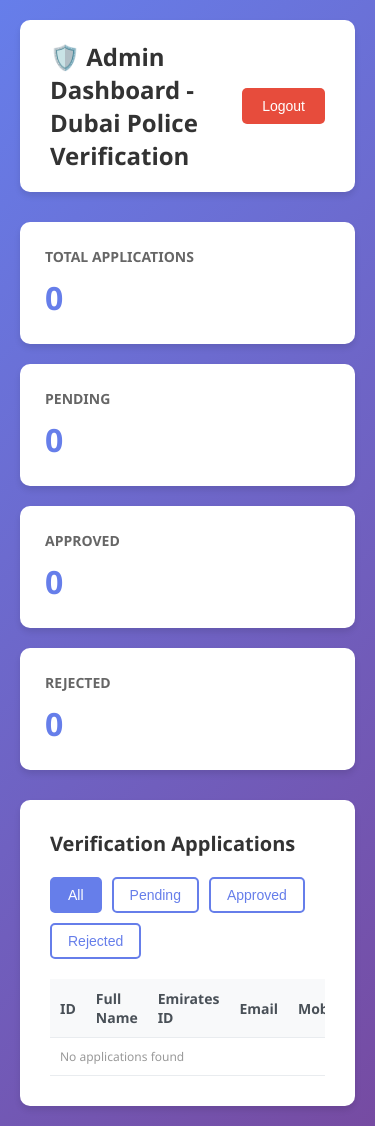
Repository: liamt1468-gif/damp
Page: admin/index.html
These files come from the project's save history. The page is drawn as it stood at one moment and after the next save; the edit follows.
The browser window is 375 px wide. The pictures show the whole page.

Above is the page before, as saved 2025-11-14 04:19:06.

After the next save:
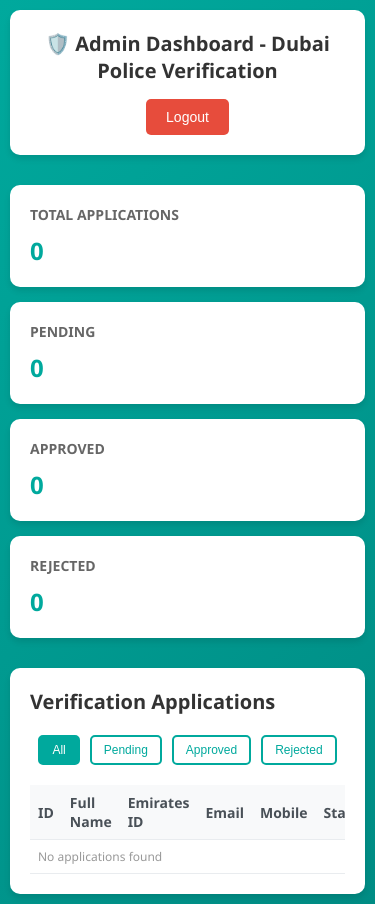
Saved 5 min 58 s later.
--- a/admin/index.html
+++ b/admin/index.html
@@ -13,7 +13,7 @@
 
         body {
             font-family: 'Segoe UI', Tahoma, Geneva, Verdana, sans-serif;
-            background: linear-gradient(135deg, #667eea 0%, #764ba2 100%);
+            background: linear-gradient(135deg, #00a99d 0%, #008c84 100%);
             min-height: 100vh;
             padding: 20px;
         }
@@ -77,7 +77,7 @@
         .stat-card .number {
             font-size: 32px;
             font-weight: bold;
-            color: #667eea;
+            color: #00a99d;
         }
 
         .applications {
@@ -102,16 +102,21 @@
 
         .filter-btn {
             padding: 8px 16px;
-            border: 2px solid #667eea;
+            border: 2px solid #00a99d;
             background: white;
-            color: #667eea;
+            color: #00a99d;
             border-radius: 5px;
             cursor: pointer;
             font-size: 14px;
+            transition: all 0.3s;
+        }
+
+        .filter-btn:hover {
+            background: rgba(0, 169, 157, 0.1);
         }
 
         .filter-btn.active {
-            background: #667eea;
+            background: #00a99d;
             color: white;
         }
 
@@ -282,14 +287,98 @@
             color: #999;
         }
 
+        .search-box {
+            margin-bottom: 20px;
+        }
+
+        .search-box input {
+            width: 100%;
+            padding: 12px 20px;
+            border: 2px solid #e9ecef;
+            border-radius: 8px;
+            font-size: 16px;
+            transition: border 0.3s;
+        }
+
+        .search-box input:focus {
+            outline: none;
+            border-color: #00a99d;
+        }
+
+        .empty-state {
+            text-align: center;
+            padding: 60px 20px;
+            color: #999;
+        }
+
+        .empty-state-icon {
+            font-size: 64px;
+            margin-bottom: 20px;
+            opacity: 0.3;
+        }
+
         @media (max-width: 768px) {
+            body {
+                padding: 10px;
+            }
+
+            .header {
+                flex-direction: column;
+                gap: 15px;
+                text-align: center;
+            }
+
+            .header h1 {
+                font-size: 20px;
+            }
+
+            .stats {
+                grid-template-columns: repeat(2, 1fr);
+                gap: 15px;
+            }
+
+            .stat-card {
+                padding: 20px;
+            }
+
+            .stat-card .number {
+                font-size: 24px;
+            }
+
+            .applications {
+                padding: 20px;
+            }
+
             .application-table {
                 font-size: 12px;
             }
 
             .application-table th,
             .application-table td {
-                padding: 10px;
+                padding: 8px;
+            }
+
+            .filters {
+                justify-content: center;
+            }
+
+            .filter-btn {
+                font-size: 12px;
+                padding: 6px 12px;
+            }
+
+            .modal-content {
+                padding: 20px;
+            }
+
+            .action-buttons {
+                flex-direction: column;
+            }
+        }
+
+        @media (max-width: 480px) {
+            .stats {
+                grid-template-columns: 1fr;
             }
         }
     </style>
